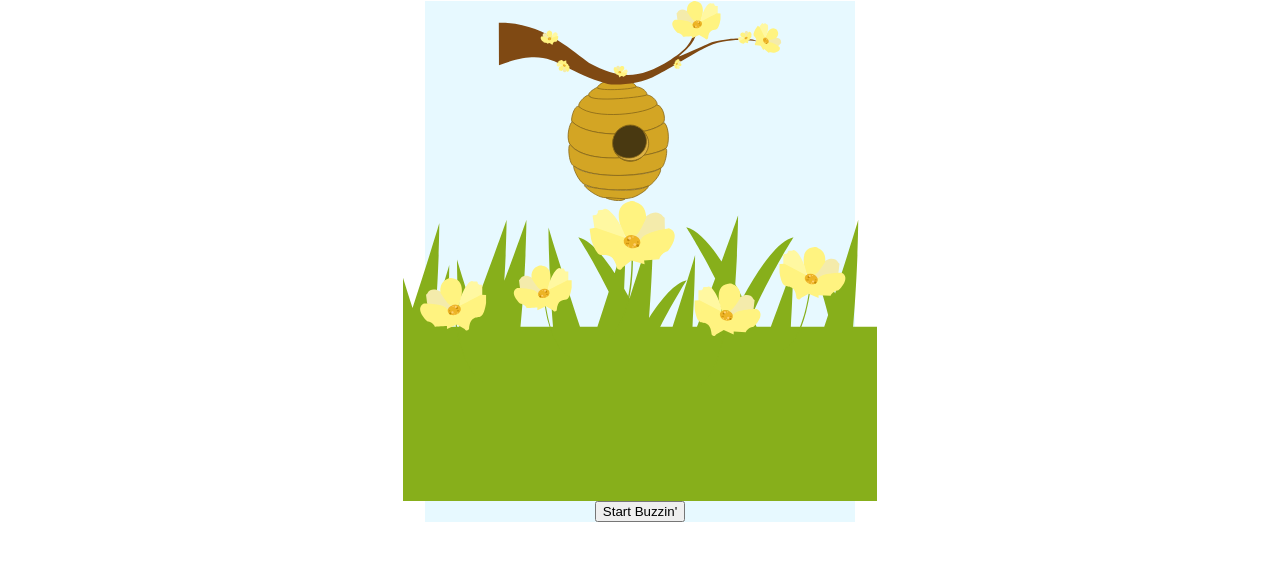
Repository: kellyzyhuang/HiveFive
Page: /Landing
An editor plug-in stored every save of this project. The page is shown before and after the next save, followed by the edit.
The browser window is 1280 px wide. The pictures show the whole page.
The project was rebuilt for these pictures with package versions that can differ from the ones it lists, and the page was loaded fresh each time. The framework's server and built-in components were replaced by stand-ins that run in the browser. Also part of the build but not shown: next.config.js, components/buttons/index.js.

Above is the page before, as saved 2024-04-08 10:22:01.

After the next save:
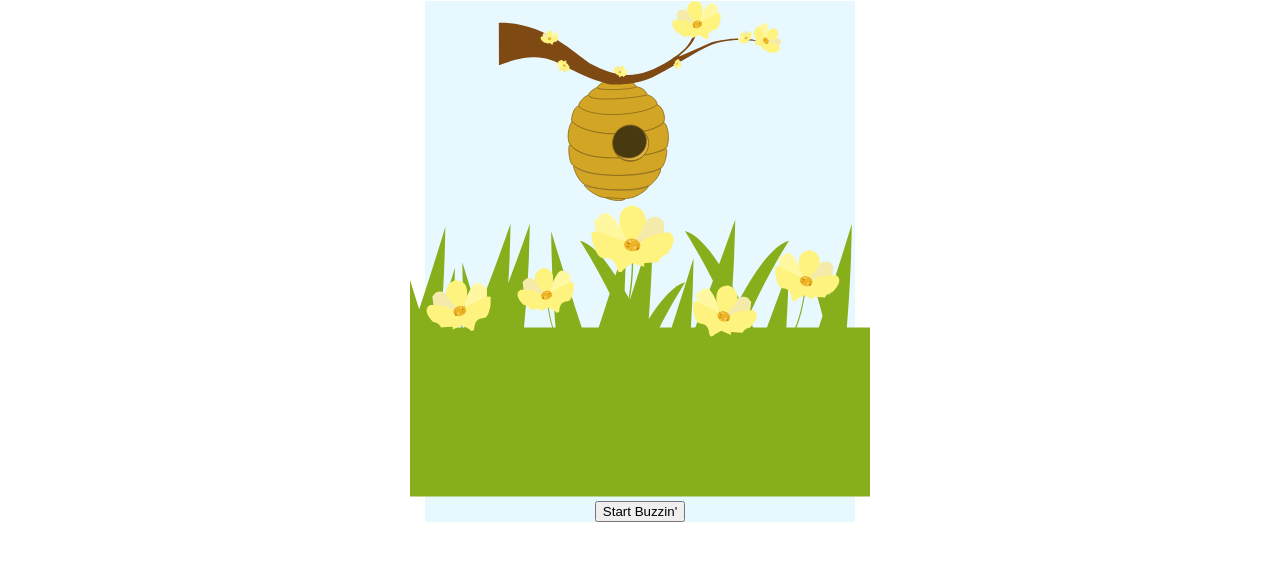
Saved 13 s later.
--- a/pages/Landing.js
+++ b/pages/Landing.js
@@ -7,7 +7,7 @@
         <div className={styles.Landing}>
             <Images src={"/images/beehive2.svg"} width={300} height={200}/>
             <Images/>
-            <Images src={"/images/grass_bottom.svg"} width={480} height={300}/>
+            <Images src={"/images/grass_bottom.svg"} width={460} height={300}/>
             <button className={styles.startButton}>Start Buzzin'</button>
         </div>
     )
